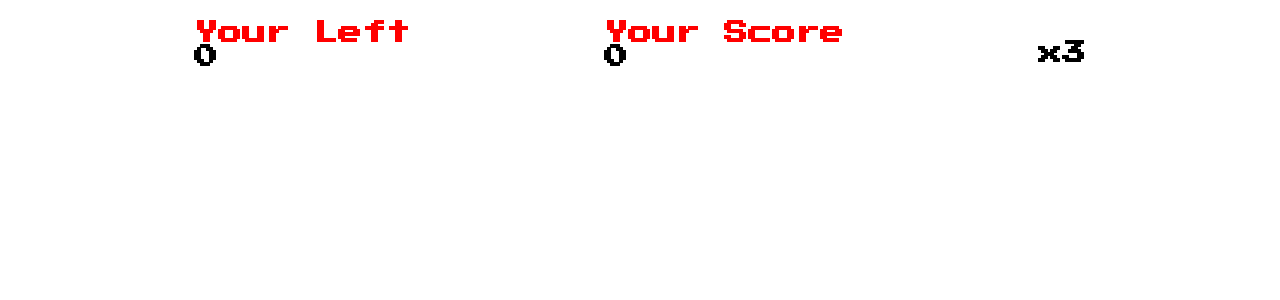
Repository: Zoemateus324/detona-ralph-js
Page: index.html
An editor plug-in stored every save of this project. The page is shown before and after the next save, followed by the edit.
The browser window is 1280 px wide. The pictures show the whole page.

Above is the page before, as saved 2024-11-26 08:42:08.

### index.html
<!DOCTYPE html>
<html lang="en">

<head>
    <!-- Settings -->
    <meta charset="UTF-8">
    <meta name="viewport" content="width=device-width, initial-scale=1.0">
    <title>Detona Ralph</title>

    <!-- Fonts -->
    <link rel="preconnect" href="https://fonts.googleapis.com">
    <link rel="preconnect" href="https://fonts.gstatic.com" crossorigin>
    <link href="https://fonts.googleapis.com/css2?family=Press+Start+2P&display=swap" rel="stylesheet">

    <!-- Styles -->
    <link rel="stylesheet" href="./src/styles/reset.css">
    <link rel="stylesheet" href="./src/styles/main.css">
</head>

<body>

    <div class="container">
        <div class="menu">
            <div class="menu-time">
                <h2 style="color: red;">Your Left</h2>
                <h2>0</h2>

            </div>
            <div class="menu-score">
                <h2 style="color: red;">Your Score</h2>
                <h2>0</h2>
            </div>
            <div class="menu-lives">
                <img src="">
                <h2>x3</h2>
            </div>
        </div>





        <div class="panel">

        </div>
    </div>


    <script defer src="./src/scripts/main.js"></script>
</body>



</html>

### src/styles/reset.css
*{
    margin:0;
    padding:0;
    box-sizing:border-box;
    /* font-family: "Bebas Neue", sans-serif; */
    font-family: "Press Start 2P", cursive;
}

### src/styles/main.css
.container{
    display: flex;
}
.menu{
    display:flex;
    justify-content:space-evenly;
    align-items:center;


    height:90px;
    width:100%;
    background-color:#ffffff;
}

Loaded but not shown: src/scripts/main.js (no stored copy; drawn as an empty file)

After the next save:
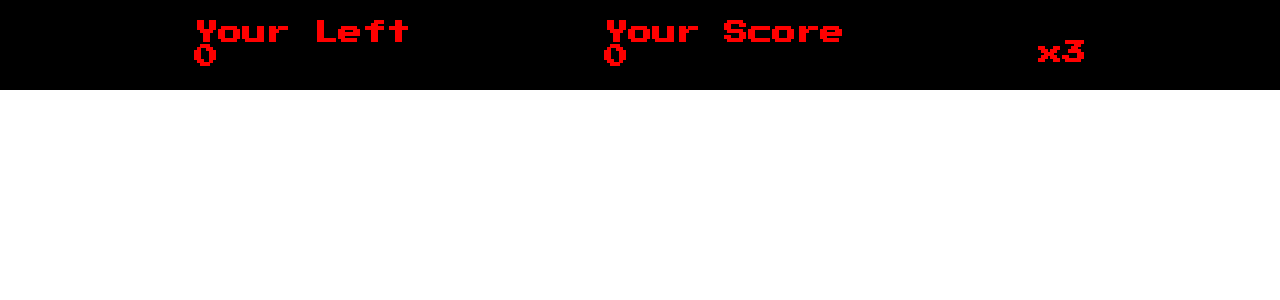
Saved 42 s later.
--- a/src/styles/main.css
+++ b/src/styles/main.css
@@ -9,5 +9,6 @@
 
     height:90px;
     width:100%;
-    background-color:#ffffff;
+    background-color:#000000;
+    color:red;
 }
